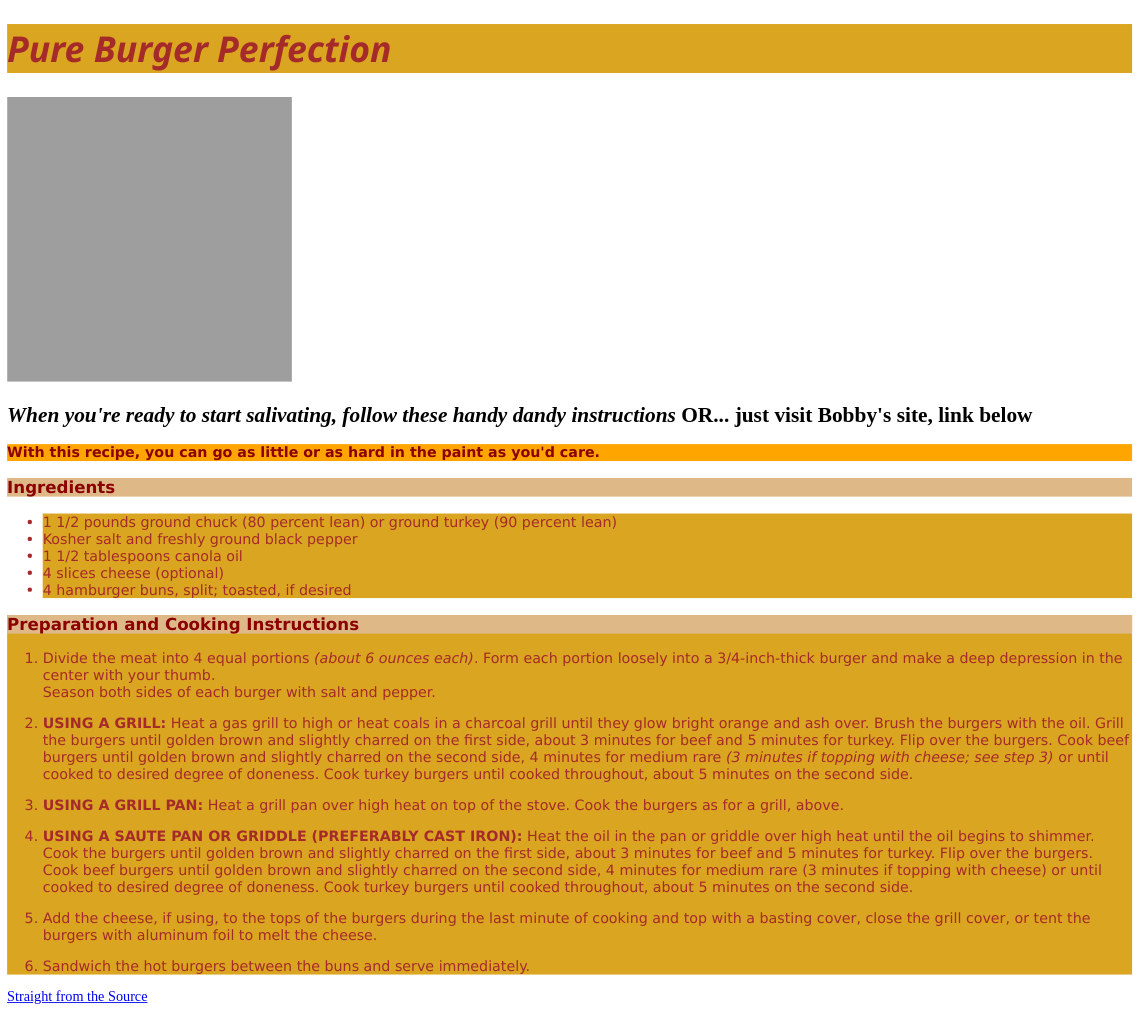
Repository: Spencertainty/practice-time
Page: member-spencer-odin-recipes/recipes/hamburgers.html
These files come from the project's save history. The page is drawn as it stood at one moment and after the next save; the edit follows.
The browser window is 1280 px wide. The pictures show the whole page, at 89% of full size.
Pictures or frames that could not be fetched are drawn as grey boxes.

Above is the page before, as saved 2024-01-10 15:53:23.

### member-spencer-odin-recipes/recipes/hamburgers.html
<!DOCTYPE html>
<!--[if lt IE 7]>      <html class="no-js lt-ie9 lt-ie8 lt-ie7"> <![endif]-->
<!--[if IE 7]>         <html class="no-js lt-ie9 lt-ie8"> <![endif]-->
<!--[if IE 8]>         <html class="no-js lt-ie9"> <![endif]-->
<!--[if gt IE 8]>      <html class="no-js"> <!--<![endif]-->
<html>
    <head>
        <meta charset="utf-8">
        <meta http-equiv="X-UA-Compatible" content="IE=edge">
        <title>hamburgers</title>
        <meta name="description" content="">
        <meta name="viewport" content="width=device-width, initial-scale=1">
        <link rel="stylesheet" href="burger.css">
    </head>

    <body>
        <!--[if lt IE 7]>
            <p class="browsehappy">You are using an <strong>outdated</strong> browser. Please <a href="#">upgrade your browser</a> to improve your experience.</p>
        <![endif]-->
        <h1><b>Pure Burger Perfection</b></h1>

<img src="../links-and-images/Cheeseburger.jpg" alt="the perfect burger" height="320" width="320">
<br>
<h2><em>When you're ready to start salivating, follow these handy dandy instructions</em> OR... just visit Bobby's site, link below</h2>
<p>With this recipe, you can go as little or as hard in the paint as you'd care.</p>
<h3>Ingredients</h3>
<ul>
    <div>
    <li>1 1/2 pounds ground chuck (80 percent lean) or ground turkey (90 percent lean) </li>
    <li>Kosher salt and freshly ground black pepper</li>
    <li>1 1/2 tablespoons canola oil</li>
    <li>4 slices cheese (optional)</li>
    <li>4 hamburger buns, split; toasted, if desired</li>
</div>
</ul>
<div>
<h3>Preparation and Cooking Instructions</h3>
<ol>
    <li>Divide the meat into 4 equal portions <em>(about 6 ounces each)</em>. Form each portion loosely into a 3/4-inch-thick burger and make a deep depression in the center with your thumb.
        <br>Season both sides of each burger with salt and pepper.</br></li>
    <p>

    </p><li><strong> USING A GRILL:</strong> Heat a gas grill to high or heat coals in a charcoal grill until they glow bright orange and ash over.
        Brush the burgers with the oil. Grill the burgers until golden brown and slightly charred on the first side, about 3 minutes for beef and 5 minutes for turkey.
        Flip over the burgers. Cook beef burgers until golden brown and slightly charred on the second side, 4 minutes for medium rare <em>(3 minutes if topping with cheese; see step 3)</em> or until cooked to desired degree of doneness.
        Cook turkey burgers until cooked throughout, about 5 minutes on the second side.</li>
    <p>    <li><b>USING A GRILL PAN:</b> Heat a grill pan over high heat on top of the stove. Cook the burgers as for a grill, above.</li></p>
    <li><strong> USING A SAUTE PAN OR GRIDDLE (PREFERABLY CAST IRON):</strong> Heat the oil in the pan or griddle over high heat until the oil begins to shimmer. Cook the burgers until golden brown and slightly charred on the first side, about 3 minutes for beef and 5 minutes for turkey.
        Flip over the burgers. Cook beef burgers until golden brown and slightly charred on the second side, 4 minutes for medium rare (3 minutes if topping with cheese) or until cooked to desired degree of doneness. Cook turkey burgers until cooked throughout, about 5 minutes on the second side.</li>
        <p><li>Add the cheese, if using, to the tops of the burgers during the last minute of cooking and top with a basting cover, close the grill cover, or tent the burgers with aluminum foil to melt the cheese.</p></li>
    <p><li>Sandwich the hot burgers between the buns and serve immediately.</li>        </p>
    </ol>
</div>
        <a href="https://www.foodnetwork.com/recipes/bobby-flay/perfect-burger-recipe-1957542" target="_blank" rel="noopener noreferrer">Straight from the Source</a>
        <script src="" async defer></script>

    </body>
</html>

### member-spencer-odin-recipes/recipes/burger.css
/* Apply Font Color to Title */

div {
    color: brown;
    background-color: goldenrod;
    text-align: left;
    font-family: Verdana, Geneva, Tahoma, sans-serif;
}

h1 {
    font-style: italic;
    font-family: 'Segoe UI', Tahoma, Geneva, Verdana, sans-serif;
    color: brown;
    font-size: 40px;
    background-color: goldenrod;
}

h2 {

}
h3 {
    font-family: 'Lucida Sans', 'Lucida Sans Regular', 'Lucida Grande', 'Lucida Sans Unicode', Geneva, Verdana, sans-serif;
    color: darkred;
    background-color: burlywood;

}

p {font-family: 'Lucida Sans', 'Lucida Sans Regular', 'Lucida Grande', 'Lucida Sans Unicode', Geneva, Verdana, sans-serif;
    color: darkred;
    background-color: orange;
    font-weight: bolder;
}

After the next save:
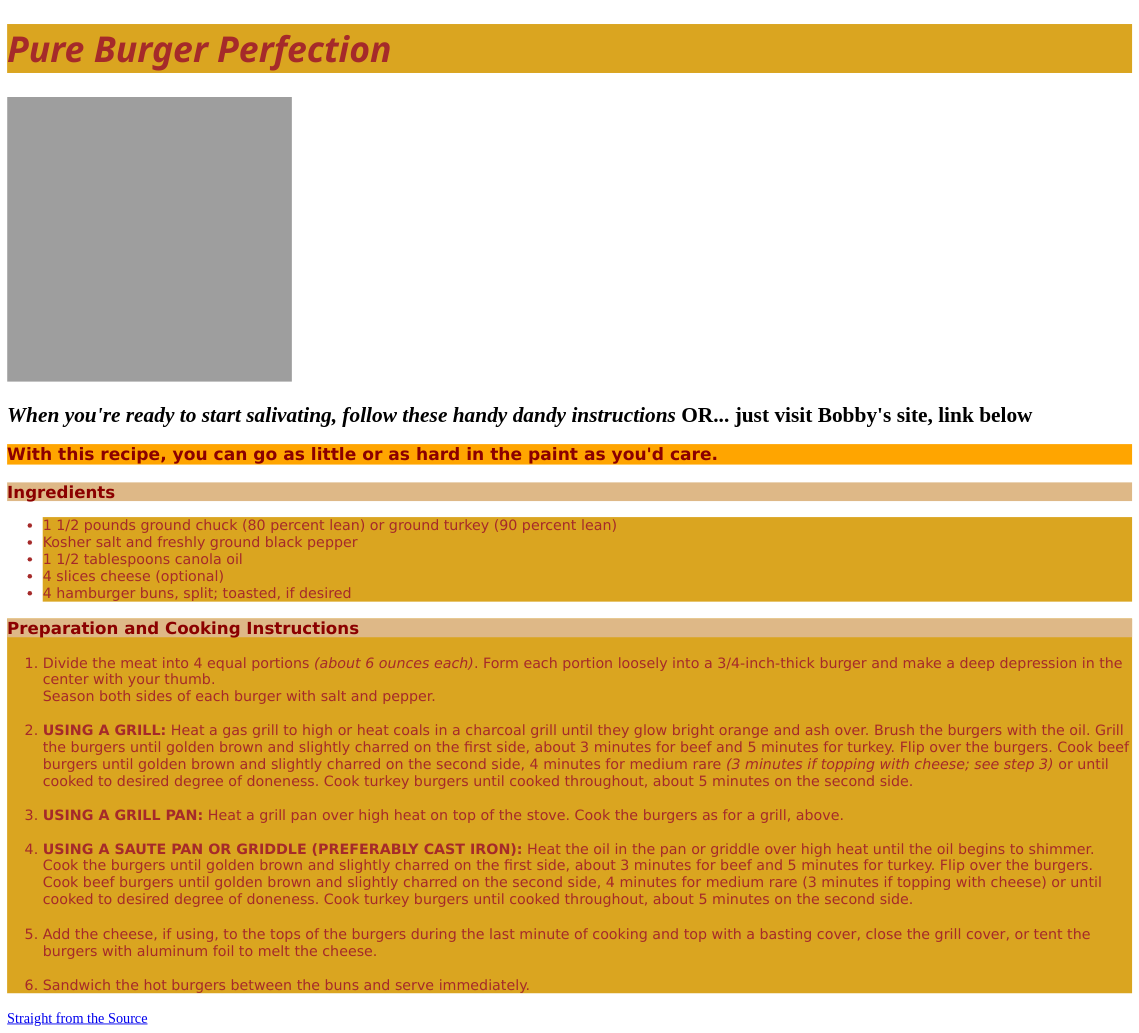
Saved 17 s later.
--- a/member-spencer-odin-recipes/recipes/burger.css
+++ b/member-spencer-odin-recipes/recipes/burger.css
@@ -29,4 +29,5 @@ p {font-family: 'Lucida Sans', 'Lucida Sans Regular', 'Lucida Grande', 'Lucida S
     color: darkred;
     background-color: orange;
     font-weight: bolder;
+    font-size: larger;
 }
